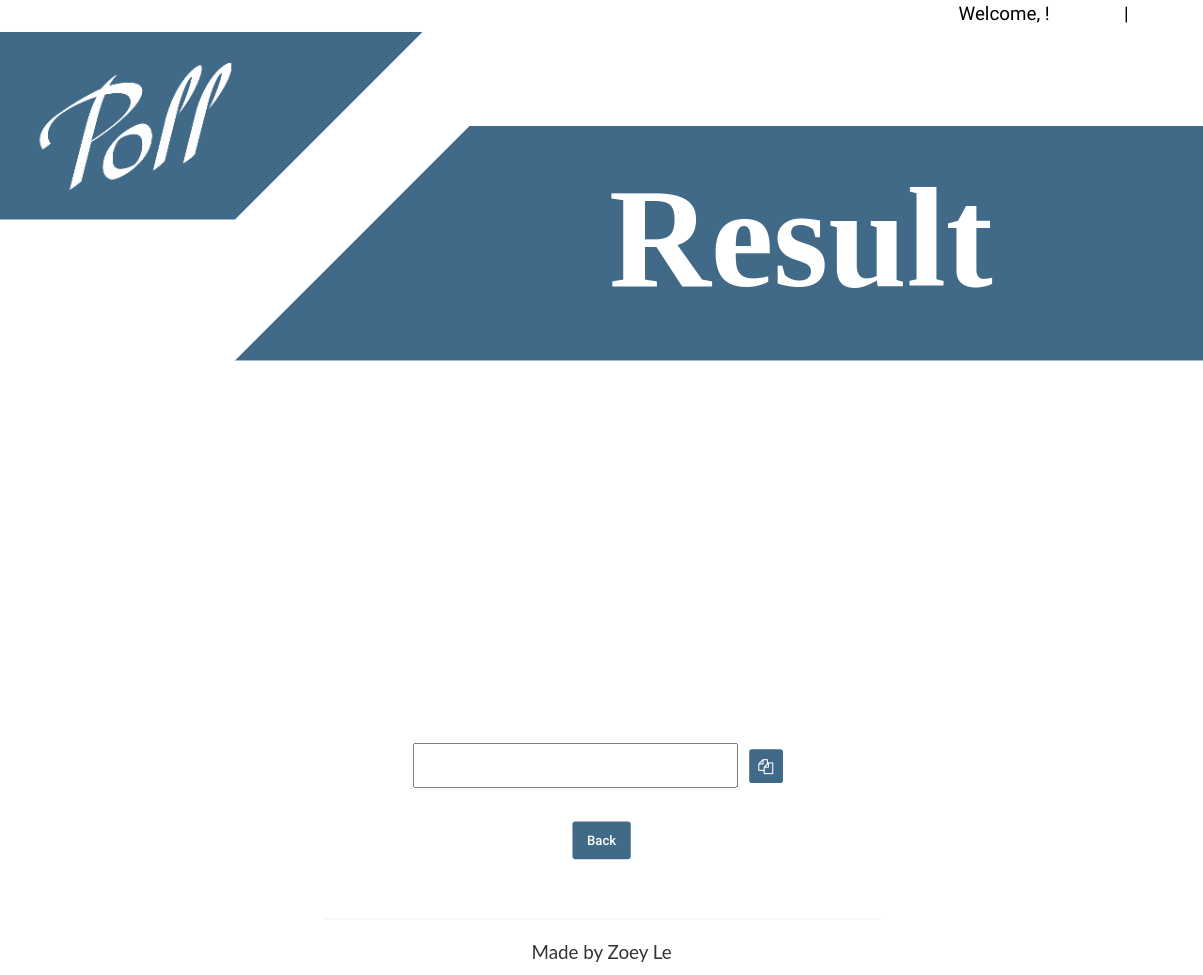
Repository: zoeyleqa/voting-app-fcc
Page: public/result.html
The author's editor kept a record of every edit. The page is drawn from the files as they stood at one moment, then again after the next edit.
The browser window is 1280 px wide. The pictures show the whole page, at 94% of full size.
The page's requests for data from a server got no answer. Some web libraries are served in a nearby version.

Above is the page before.

### public/result.html
<!DOCTYPE html>

<html>

<head>
	<title>Voting Result</title>
	<script src="https://cdnjs.cloudflare.com/ajax/libs/Chart.js/2.4.0/Chart.min.js"></script>
	<link rel="stylesheet" href="https://maxcdn.bootstrapcdn.com/bootstrap/3.3.7/css/bootstrap.min.css" integrity="sha384-BVYiiSIFeK1dGmJRAkycuHAHRg32OmUcww7on3RYdg4Va+PmSTsz/K68vbdEjh4u" crossorigin="anonymous">
	<link href="/public/css/main.css" rel="stylesheet" type="text/css">
	<link rel="stylesheet" href="https://cdnjs.cloudflare.com/ajax/libs/font-awesome/4.7.0/css/font-awesome.min.css">
</head>

<header>
		<div>
			<p align="right">Welcome, <span id="display-name"></span>!
			<a class="menu" href="/profile">Profile</a>
			|
			<a class="menu" href="/logout">Logout</a>
			</p>
		</div>

		<div>
				<div class="logo-box">
					<a href="/"><img src="/public/img/poll.png" class="logo-left"/></a>
				</div>
				<div class="title-box">
  					<h1 class="title">Result</h1>
				</div>
		</div>
	</header>

	<body>
		<br><br>
		<div class="container-fluid">
			<div class="col-md-6 col-md-offset-3" >
				<div class="questionText">
					<span class="question"></span>
				</div>
				<br />
				<div class="canvasContainer">
				 	<canvas id="myChart"></canvas>
				</div>

				<p style="text-align: center;">
					<input type="text" id="link" style="width: 58%"/>
					<i class="fa fa-copy btn-copy btn-default" onclick="copyLink()"></i>
				</p>

				<br/><br/>
				<div class="btn-container">
					<a id="backpage" href="javascript:history.back()" class="btn btn-default">Back</a>
				</div>
				<br/>
			<footer>
			<hr>
			Made by Zoey Le
			</footer>
			</div>
		</div>
	<script>
		function copyLink() {
    	var text = document.querySelector('#link');
    	// console.log(text);
    	text.select();
    	document.execCommand('Copy');
	  };
	</script>
	<!--<script type="text/javascript" src="common/ajax-functions.js"></script>-->
	<!--<script src="dist/clipboard.min.js"></script>-->
	<script src="https://ajax.googleapis.com/ajax/libs/jquery/3.1.0/jquery.min.js"></script>
	<script type="text/javascript" src="https://webapp-zoeyleqa.c9users.io/common/ajax-functions.js"></script>
	<script type="text/javascript" src="https://webapp-zoeyleqa.c9users.io/controllers/resultCtrl.client.js"></script>
</body>

</html>

### public/css/main.css
/********* Fonts **********/

@font-face {
	font-family: "Roboto";
	font-style: normal;
	font-weight: 400;
	src: local("Roboto"), local("Roboto-Regular"),
		url("../fonts/Roboto-Regular.ttf") format("truetype");
}

@font-face {
	font-family: "Roboto";
	font-style: normal;
	font-weight: 500;
	src: local("Roboto Medium"), local("Roboto-Medium"),
		url("../fonts/Roboto-Medium.ttf") format("truetype");
}

@font-face {
	font-family: "Typo3";
	font-style: normal;
	font-weight: 400;
	src: local("Typo3"), local("Typo3-Regular"),
		url("../fonts/Typo3-Regular.ttf") format("truetype");
}

@font-face {
	font-family: "Typo3";
	font-style: normal;
	font-weight: 400;
	src: local("Typo3 Medium"), local("Typo3-Medium"),
		url("../fonts/Typo3-Medium.ttf") format("truetype");
}
/****** Main Styling ******/
:root {
  	--main-bg-color: #416A88; /*3E447B;*/
}

.main-header {
	background-color: var(--main-bg-color); /*#7083c2;*/
}
.temp {
	background-color: #b35d5c;
}

body {
	font-family: "Roboto", sans-serif;
	font-size: 16px;
	margin: 0;
	padding: 0;
}

header {
	margin-top: -16px;
}

.header-right {
	/*height: 56px;*/
	margin: 0 0 14px 0;
	text-align: right;
	/*float: right;*/
}

.logo {
	float: center;
	text-align: center;
	display: block;
	margin-left: auto;
	margin-right: auto;
}

.logo-box {
	background: var(--main-bg-color);
	/*-webkit-clip-path: polygon(0 0, 20% 0, 10% 100%, 0% 100%);*/
	-webkit-clip-path: polygon(0 0, 450px 0, 250px 100%, 0% 100%);
}

.logo-left{
	margin-left: 20px;
}

.title-box {
	position: relative;
	background: var(--main-bg-color);
	margin-top: -100px;
	height: 250px;
	text-align: center;
	color: white;
  	-webkit-clip-path: polygon(500px 0, 100% 0%, 100% 100%, 250px 100%);
}

.title {
    position: absolute;
    /*float: right;*/
    top: 0;
    bottom: 0;
    left: 0;
    right: 0;
    width: 55%;
    height: 70%;
    margin: auto;
    margin-left: 500px;
    font-size: 150px;
    font-weight: 600;
    font-family:  'Typo3-Medium';
}

.opt-sect p {
	font-size: 30px;
	font-weight: 80px;
}

.optsect {
	text-align: center;
}

.center {
  margin: auto;
  width: 50%;
  padding: 10px;
}

p {
	margin: 8px 0 0 0;
}

.container p {
	text-align: center;
	padding: 0;
}

/****** Header Styling ******/

header p {
	margin: 16px 0 5px 0;
	font-weight: 50px;
	font-size: 20px;
	color: black;
}

.menu {
	text-decoration: none;
	padding: 6px;
	margin: 0;
	color: white;
}

.menu:visited {
	color: grey;
}

.menu:hover {
	color: grey;
}

.menu:active {
	color: white;
}

header a ~ p {
	margin: 0;
	padding: 0;
	display: inline;
	color: #eceff1;
}

#display-name {
	font-weight: 400;
}

/****** Login Styling ******/

.login {
	margin: 10px auto 0 auto;
	text-align: center;
}

#login-btn {
	width: 250px;
	padding: 7px 5px;
}

.btn p {
	margin: 8px 0 0 0;
	padding: 0;
}

.btn > img {
	float: leftbtn
	margin-left: 10px;
}

.btn-submit {
	float: right;
}

input[type="text"]{
	padding: 10px 10px;
	line-height: 10px;
	font-size: 20px;
	width:95%;
	/*display:block;*/
}

.btn-add {
	padding: 1px 1px 1px 1px ;
	line-height: 30px;
	display:block;
	font-size: 20px;

}
/****** Logo Div Styling ******/

img {
	margin: 0 auto;
	display: block;
}

.clementine-text {
	/* Styling for the Clementine.js text */
	padding: 0;
	margin: -25px 0 0 0;
	font-weight: 500;
	font-size: 60px;
	color: #ffa000;
}

/****** Click Styling ******/

.btn-container {
	/* Styling for the div that contains the buttons */
	margin: -10px auto 0 auto;
	text-align: center;
}

.btn-copy {
	margin: 0 8px;
	color: white;
	background-color: var(--main-bg-color);
	display: inline-block;
	border: 0;
	font-size: 15px;
	text-align: center;
	border-radius: 3px;
	padding: 10px;
}
.btn {
	/* Styling for buttons */
	margin: 0 8px;
	color: white;
	background-color: var(--main-bg-color);
	display: inline-block;
	border: 0;
	font-size: 14px;
	border-radius: 3px;
	padding: 10px 15px;
	/*width: 100px;*/
	font-weight: 500;
}

.btn:focus {
	/* Remove outline when hovering over button */
	outline: none;
}

.btn:active {
	/* Scale the button down by 10% when clicking on button */
	transform: scale(0.9, 0.9);
	-webkit-transform: scale(0.9, 0.9);
	-moz-transform: scale(0.9, 0.9);
}

.btn-delete {
	/* Styling for delete button */
	background-color: #eceff1;
	color: #212121;
}

.canvasContainer {
	height: 330px;
	width: 300px;
	position: relative;
	margin: auto;
}

/*.question {*/
/*	display: inline-block;*/
/*    margin: 10px 10px 0 0;*/
/*    padding: 20px 10px;*/
/*	font-size: xx-large;*/
/*	font-weight: bolder;*/
/*}*/

.questionText{
	overflow: hidden;
    text-align: center;
    font-size: xx-large

	/*padding: 20px 0 20px 0;*/
}

/*#myChart {*/
/*	height: 150px;*/
/*	width: 300px;*/
/*	position: relative;*/
/*	left: 65%;*/
/*	top: 25%;*/
/* }*/
/****** Profile Styling ******/

.github-profile {
	width: 350px;
	height: 200px;
	border-radius: 3px;
	margin: 86px auto 0 auto;
	background-color: #eee;
	text-align: center;
	color: #000;
}

.github-profile p:first-child {
	padding-top: 16px;
}

.github-profile p:nth-child(5) {
	margin-bottom: 16px;
}

.github-profile p {
	margin: 0 0 0 16px;
	text-align: left;
}

.profile-value {
	font-weight: 400;
}

span {
	font-weight: 500;
}

.github-profile > img {
	padding-top: 16px;
	margin-bottom: 16px;
}

.github-profile .menu:hover {
	color: #ffa000;
}

.github-profile .menu:active {
	color: #ff630d;
}

#menu-divide {
	color: #ffffff;
	display: inline;
	margin: 0;
}

footer {
	bottom: 0;
	height: 60px;
	margin-top: 40px;
	text-align: center;
	font-size: 20px;
	font-family: "Lato";
}

.body-shade {
	box-shadow: 12px -12px 10px -4px lightgrey, -12px 10px 10px -4px lightgrey,
		12px 0 15px -4px lightgrey, -12px 0 15px -4px lightgrey;
	background: white;

}

### app/common/ajax-functions.js
'use strict';

var appUrl = window.location.origin;
var ajaxFunctions = {
   ready: function ready (fn) {
      if (typeof fn !== 'function') {
         return;
      }

      if (document.readyState === 'complete') {
         return fn();
      }

      document.addEventListener('DOMContentLoaded', fn, false);
   },

   //use ajax request to make xmlhttprequest to send data to db
   ajaxRequest: function ajaxRequest (method, url,data, callback) {
      var xmlhttp = new XMLHttpRequest();

      xmlhttp.onreadystatechange = function () {
         if (xmlhttp.readyState === 4 && xmlhttp.status === 200) {
            callback(xmlhttp.response);
         }
      };

      xmlhttp.open(method, url, true);

      if(data){
         xmlhttp.setRequestHeader("Content-Type", "application/json;charset=UTF-8");
         // console.log(JSON.stringify(data));
         xmlhttp.send(JSON.stringify(data));
      } else {
         xmlhttp.send();
      }
   }
};

### app/controllers/resultCtrl.client.js
'use strict';

(function () {

   //get question
   var question = document.querySelector('.question');
   var arrtmp = window.location.pathname.split('/');
   // console.log(arrtmp);
   var apiUrl = appUrl + '/api/:id/vote/'+arrtmp[2];

   //assume the max choices are 10
   var colorwheel = ['rgba(255, 102, 102, 0.8)', //salmon
                     'rgba(54, 162, 235, 0.8)', //blue
                     'rgba(255, 206, 86, 0.8)', //yel
                     'rgba(102, 255, 102, 0.8)', //lightgreen
                     'rgba(153, 102, 255, 0.6)', //pur
                     'rgba(152, 230, 230, 0.8)', //skyblue
                     'rgba(204, 0, 102, 0.6)', //darkpink
                     'rgba(133, 173, 173, 0.8)', //grey
                     'rgba(255, 102, 0, 0.6)',//orange
                     'rgba(0, 128, 128, 0.6)' //teal
                     ]

 //seting the page
   	function setVoteFace(data){
   	   var dataObj = JSON.parse(data);
   	   question.innerHTML = dataObj.q;

   	   var arrNum = [], arrLegend = [];
   	   dataObj.a.forEach(function(element) {
   	       arrNum.push(element.numVote);
   	       arrLegend.push(element.opt);
   	   });


         // For a pie chart

         var ctx = document.getElementById('myChart').getContext('2d');
         data = {
            datasets: [{
               data: arrNum,
               backgroundColor: colorwheel.splice(0, arrNum.length)
            }],

         // These labels appear in the legend and in the tooltips when hovering different arcs
            labels: arrLegend


         };

      // console.log('chart');
      var myPieChart = new Chart(ctx,{
         type: 'doughnut',
         data: data,
         options: {
            legend: {
               display: true,
               position: 'bottom'
            }
         }
      });

   }



   //get poll stat and send to setVoteFace function on load
   ajaxFunctions.ready(ajaxFunctions.ajaxRequest('GET', apiUrl, null, setVoteFace));

   //copy btn still has bugs
//copy link btn, get link from db then set attribute to copy btn
   ajaxFunctions.ajaxRequest('GET', '/api/:id', null, function(user){
      var data = JSON.parse(user);
      var link = document.querySelector("#link");
      link.setAttribute("value", appUrl+"/"+ data.id+"/vote/"+arrtmp[2]);

      });

})();

After the next edit:
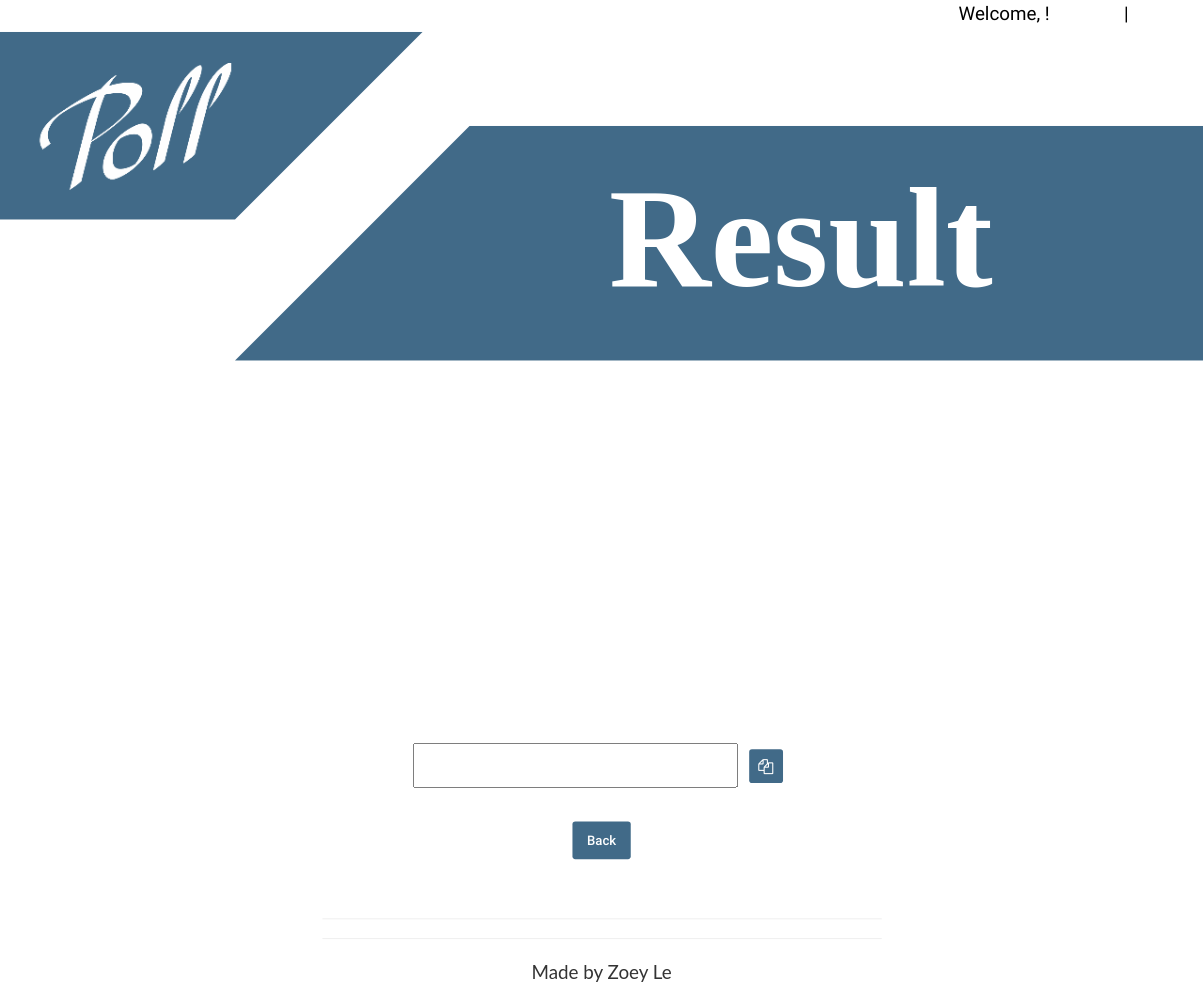
The edit:
--- a/public/result.html
+++ b/public/result.html
@@ -51,10 +51,10 @@
 					<a id="backpage" href="javascript:history.back()" class="btn btn-default">Back</a>
 				</div>
 				<br/>
-			<footer>
-			<hr>
-			Made by Zoey Le
-			</footer>
+				<footer>
+				<hr><hr>
+				Made by Zoey Le
+				</footer>
 			</div>
 		</div>
 	<script>

After the 2 edits that followed:
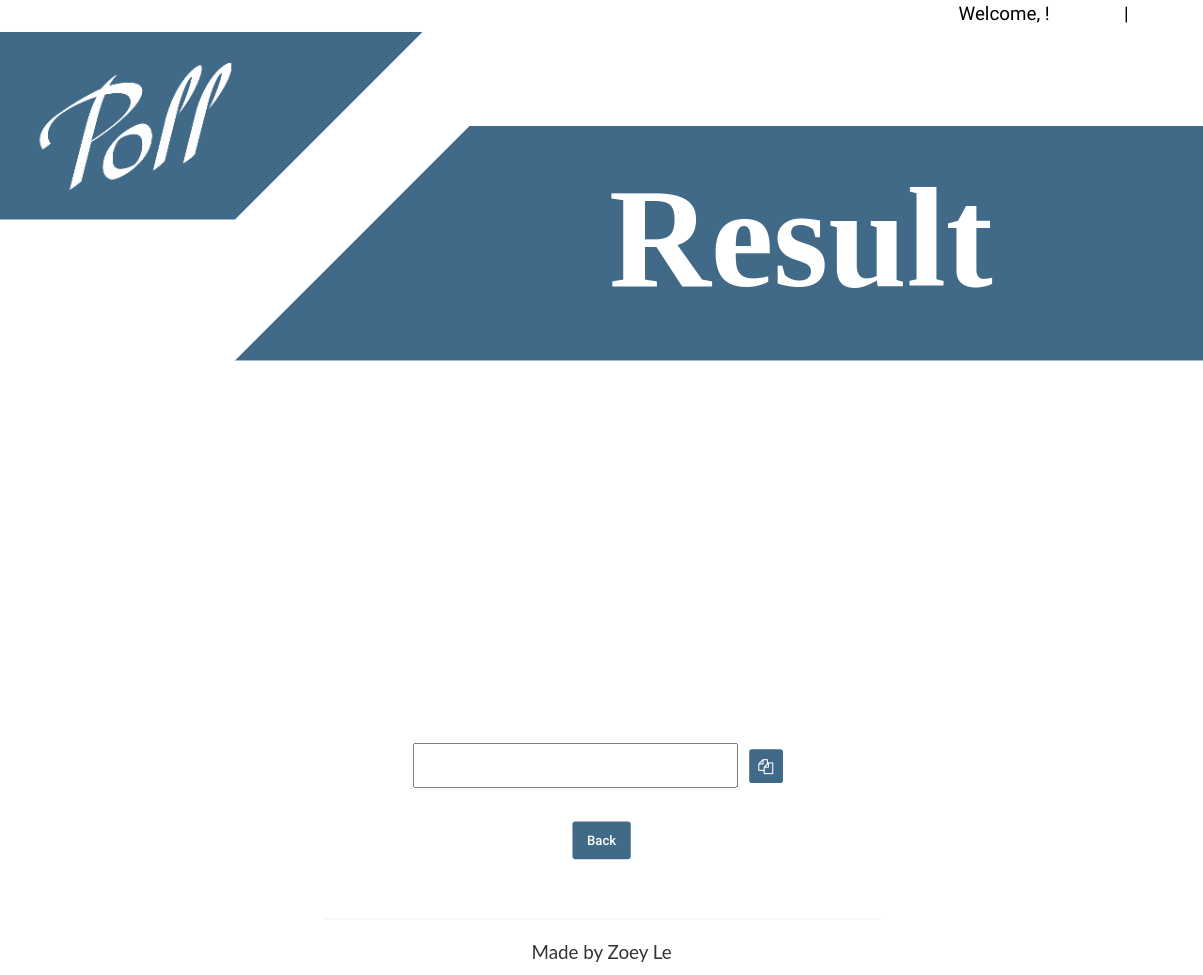
Console error (its wording comes from the project's code and is left out).
The 2 edits are shown as one change because 1 left the picture as it was.
The edit:
--- a/public/result.html
+++ b/public/result.html
@@ -52,7 +52,7 @@
 				</div>
 				<br/>
 				<footer>
-				<hr><hr>
+				<hr>
 				Made by Zoey Le
 				</footer>
 			</div>
@@ -68,8 +68,8 @@
 	<!--<script type="text/javascript" src="common/ajax-functions.js"></script>-->
 	<!--<script src="dist/clipboard.min.js"></script>-->
 	<script src="https://ajax.googleapis.com/ajax/libs/jquery/3.1.0/jquery.min.js"></script>
-	<script type="text/javascript" src="https://webapp-zoeyleqa.c9users.io/common/ajax-functions.js"></script>
-	<script type="text/javascript" src="https://webapp-zoeyleqa.c9users.io/controllers/resultCtrl.client.js"></script>
+	<script type="text/javascript" src="/common/ajax-functions.js"></script>
+	<script type="text/javascript" src="/controllers/resultCtrl.client.js"></script>
 </body>
 
 </html>
